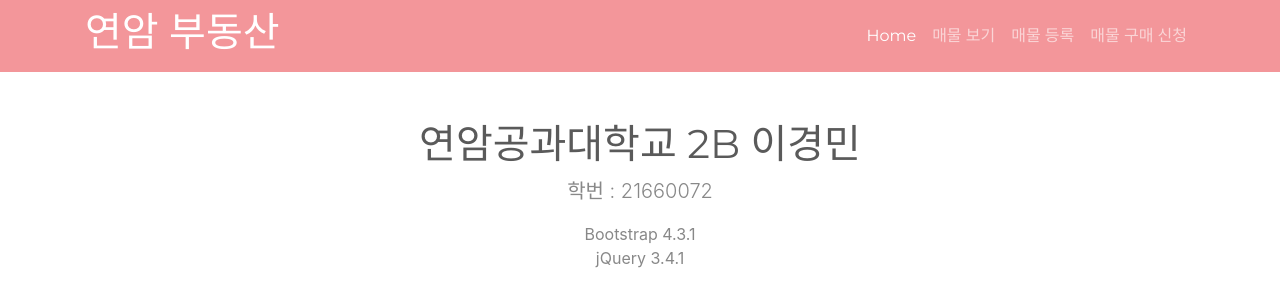
Repository: Leekm0912/2-1_JSP-DB_Project
Page: http://localhost/WebTest/DB/main.jsp
An editor plug-in stored every save of this project. The page is shown before and after the next save, followed by the edit.
The browser window is 1280 px wide. The pictures show the whole page.
The page is served by Tomcat 9. Other server files are loaded and not shown.

Above is the page before, as saved 2020-06-10 03:24:29.

### WebTest/WebContent/DB/main.jsp
<%@ page contentType="text/html; charset=utf-8"%>
<!DOCTYPE html>
<html lang="ko">

<head>

  <meta charset="utf-8">
  <meta name="viewport" content="width=device-width, initial-scale=1, shrink-to-fit=no">
  <meta name="description" content="">
  <meta name="author" content="">

  <title>Bare - Start Bootstrap Template</title>

  <!-- Bootstrap core CSS -->
  <link href="vendor/bootstrap/css/bootstrap.min.css" rel="stylesheet">

</head>

<body>

  <!-- Navigation -->
  <nav class="navbar navbar-expand-lg navbar-dark bg-dark static-top">
    <div class="container">
      <h1 style="color:white;">연암 부동산</h1>
      <button class="navbar-toggler" type="button" data-toggle="collapse" data-target="#navbarResponsive" aria-controls="navbarResponsive" aria-expanded="false" aria-label="Toggle navigation">
        <span class="navbar-toggler-icon"></span>
      </button>
      <div class="collapse navbar-collapse" id="navbarResponsive">
        <ul class="navbar-nav ml-auto">
          <li class="nav-item active">
            <a class="nav-link" href="#">Home
              <span class="sr-only">(current)</span>
            </a>
          </li>
          <li class="nav-item">
            <a class="nav-link" href="DBTest.jsp">매물 보기</a>
          </li>
          <li class="nav-item">
            <a class="nav-link" href="#">매물 등록</a>
          </li>
          <li class="nav-item">
            <a class="nav-link" href="#">매물 구매 신청</a>
          </li>
        </ul>
      </div>
    </div>
  </nav>

  <!-- Page Content -->
  <div class="container">
    <div class="row">
      <div class="col-lg-12 text-center">
        <h1 class="mt-5">연암공과대학교 2B 이경민</h1>
        <p class="lead">학번 : 21660072</p>
        <ul class="list-unstyled">
          <li>Bootstrap 4.3.1</li>
          <li>jQuery 3.4.1</li>
        </ul>
      </div>
    </div>
  </div>

  <!-- Bootstrap core JavaScript -->
  <script src="vendor/jquery/jquery.slim.min.js"></script>
  <script src="vendor/bootstrap/js/bootstrap.bundle.min.js"></script>

</body>

</html>

After the next save:
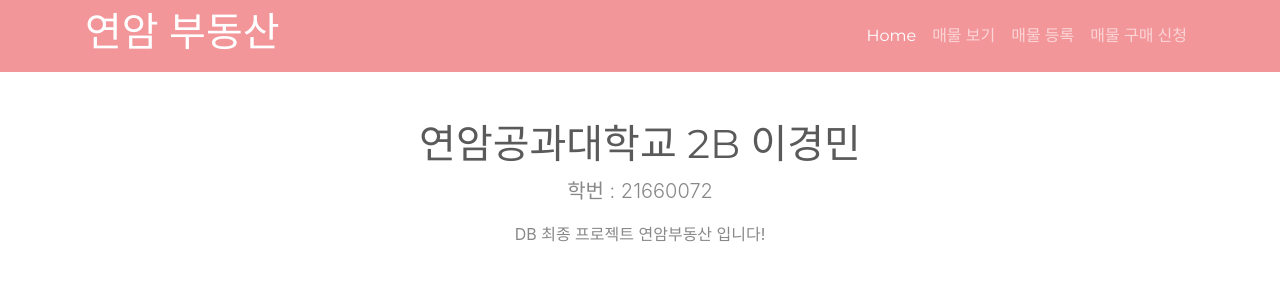
Saved 32 s later.
--- a/WebTest/WebContent/DB/main.jsp
+++ b/WebTest/WebContent/DB/main.jsp
@@ -52,10 +52,7 @@
       <div class="col-lg-12 text-center">
         <h1 class="mt-5">연암공과대학교 2B 이경민</h1>
         <p class="lead">학번 : 21660072</p>
-        <ul class="list-unstyled">
-          <li>Bootstrap 4.3.1</li>
-          <li>jQuery 3.4.1</li>
-        </ul>
+        <p>DB 최종 프로젝트 연암부동산 입니다!</p>
       </div>
     </div>
   </div>
